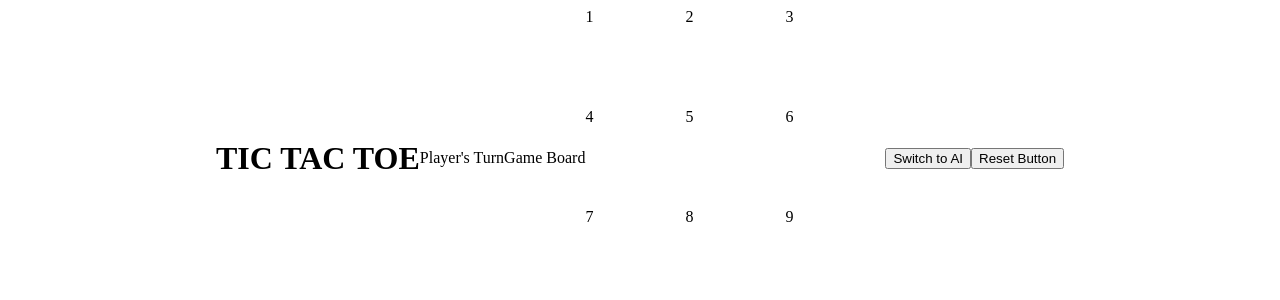
Repository: Yash19075/TicTacToe-game
Page: TicTacToe.html
These files come from the project's save history. The page is drawn as it stood at one moment and after the next save; the edit follows.
The browser window is 1280 px wide. The pictures show the whole page.

Above is the page before, as saved 2025-03-08 22:41:08.

After the next save:
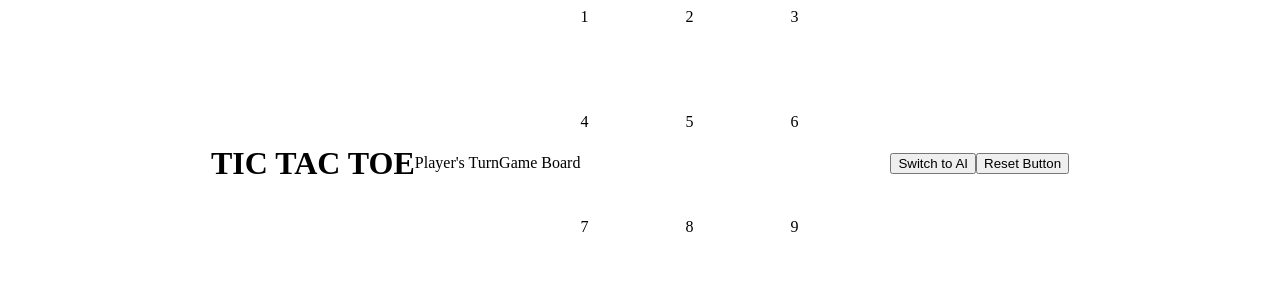
Saved 73 s later.
--- a/TicTacToe.css
+++ b/TicTacToe.css
@@ -9,5 +9,10 @@ body {
     display: grid;
     grid-template-columns: repeat(3, 100px);
     grid-template-rows: repeat(3, 100px);
+    gap: 5px;
     /* align-items: center; */
 }
+
+.css-board div {
+
+}
